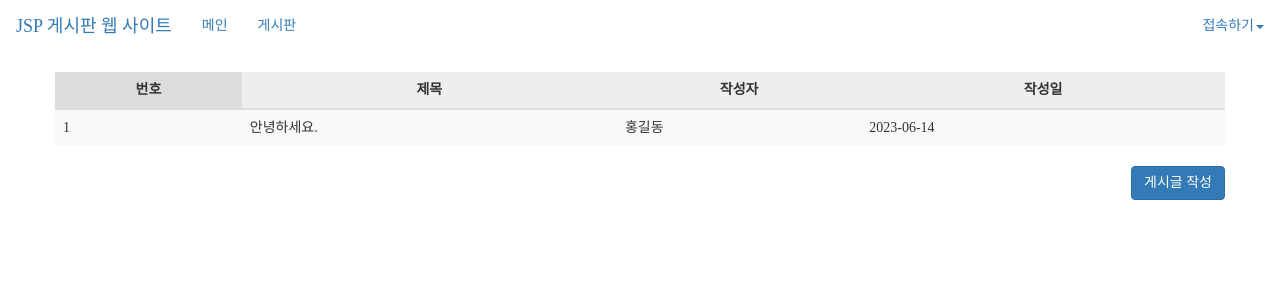
Repository: LeeJaeweon/Project
Page: http://localhost/BBS/bbs.jsp
An editor plug-in stored every save of this project. The page is shown before and after the next save, followed by the edit.
The browser window is 1280 px wide. The pictures show the whole page.
Some web fonts or font styles are not loaded; a fallback is used. Some web libraries are served in a nearby version. The page is served by Tomcat 9. Other server files are loaded and not shown.

Above is the page before, as saved 2023-06-15 01:51:23.

### BBS/src/main/webapp/bbs.jsp
<%@ page language="java" contentType="text/html; charset=UTF-8"
    pageEncoding="UTF-8"%>
<%@ page import="java.io.PrintWriter" %>
<!DOCTYPE html>
<html>
<head>
<meta http-equiv="Content-Type" content="text/html; charset=UTF-8">
<meta name="viewport" content="width=device-width", initial-scale="1">
<link rel="stylesheet" href="css/bootstrap.css">
<link rel="stylesheet" href="css/custom.css">
<title>JSP 게시판 웹 사이트</title>
</head>
<body>
	<%
		String userID = null;
		if (session.getAttribute("userID") != null) {
			userID = (String) session.getAttribute("userID");
		}
	%>
	<nav class="navbar navbar=default">
		<div class="navbar-header">
			<button type="button" class="navbar-toggle collapsed"
				data-toggle="collapse" data-target="#bs-example-navbar-collapse-1"
				aria-expanded="false">
				<span class="icon-bar"></span>
				<span class="icon-bar"></span>
				<span class="icon-bar"></span>
			</button>
			<a class="navbar-brand" href="main.jsp">JSP 게시판 웹 사이트</a>
		</div>
		<div class="collapse navbar-collapse" id="bs-example-navbar-collapse-1">
			<ul class="nav navbar-nav">
				<li><a href="main.jsp">메인</a></li>
				<li class="active"><a href="bbs.jsp">게시판</a></li>
			</ul>
			<%
				if(userID == null) {
			%>
			<ul class="nav navbar-nav navbar-right">
				<li class="dropdown">
					<a href="#" class="dropdown-toggle"
						data-toggle="dropdown" role="button" aria-haspopup="true"
						aria-expanded="false">접속하기<span class="caret"></span></a>
					<ul class="dropdown-menu">
						<li><a href="login.jsp">로그인</a></li>
						<li><a href="join.jsp">회원가입</a></li>
					</ul>
				</li>
			</ul>
			<%
				} else {
			%>
			<ul class="nav navbar-nav navbar-right">
				<li class="dropdown">
					<a href="#" class="dropdown-toggle"
						data-toggle="dropdown" role="button" aria-haspopup="true"
						aria-expanded="false">회원관리<span class="caret"></span></a>
					<ul class="dropdown-menu">
						<li><a href="logoutAction.jsp">로그아웃</a></li>
					</ul>
				</li>
			</ul>
			<%
				}
			%>
		</div>
	</nav>
	<div class="container">
		<div class="row">
			<table class="table table-striped" style="text-align: border: 1px solid #dddddd">
				<thead>
					<tr>
						<th style="background-color: #dddddd; text-align: center;">번호</th>
						<th style="background-color: #eeeeee; text-align: center;">제목</th>
						<th style="background-color: #eeeeee; text-align: center;">작성자</th>
						<th style="background-color: #eeeeee; text-align: center;">작성일</th>
					</tr>
				</thead>
				<tbody>
					<tr>
						<td>1</td>
						<td>안녕하세요.</td>
						<td>홍길동</td>
						<td>2023-06-14</td>
					</tr>
				</tbody>
			</table>
			<a href="write.jsp" class="btn btn-primary pull-right">게시글 작성</a>
		</div>
	</div>
	<script src="http://code.jquery.com/jquery-3.1.1.min.js"></script>
	<script src="js/bootstrap.js"></script>
</body>
</html>

### BBS/src/main/webapp/css/custom.css
@import url(http://fonts.googleapis.com/earlyaccess/nanumgothic.css);
@import url(http://fonts.googleapis.com/earlyaccess/hanna.css);
* {
	font-family:  'Nanum Gothic';
}
h1 {
	font-family: 'Hanna';
}

Loaded but not shown: BBS/src/main/webapp/css/bootstrap.css (library); BBS/src/main/webapp/js/bootstrap.js (library)

After the next save:
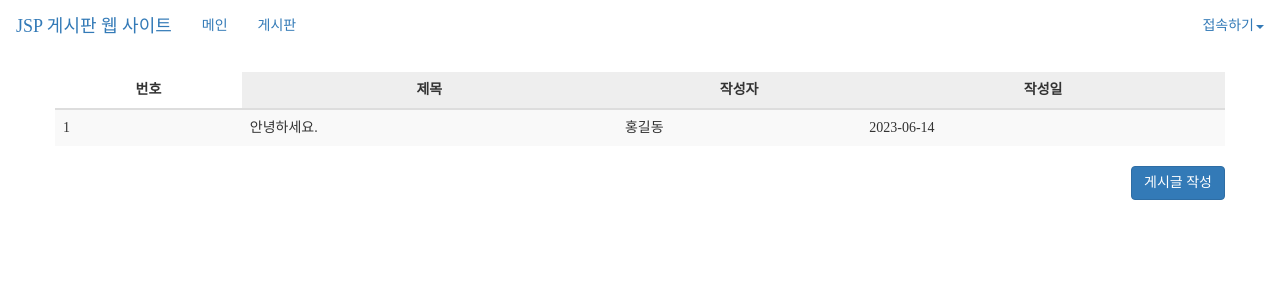
Saved 9 s later.
--- a/BBS/src/main/webapp/bbs.jsp
+++ b/BBS/src/main/webapp/bbs.jsp
@@ -70,7 +70,7 @@
 			<table class="table table-striped" style="text-align: border: 1px solid #dddddd">
 				<thead>
 					<tr>
-						<th style="background-color: #dddddd; text-align: center;">번호</th>
+						<th style="background-color: #ffffff; text-align: center;">번호</th>
 						<th style="background-color: #eeeeee; text-align: center;">제목</th>
 						<th style="background-color: #eeeeee; text-align: center;">작성자</th>
 						<th style="background-color: #eeeeee; text-align: center;">작성일</th>
